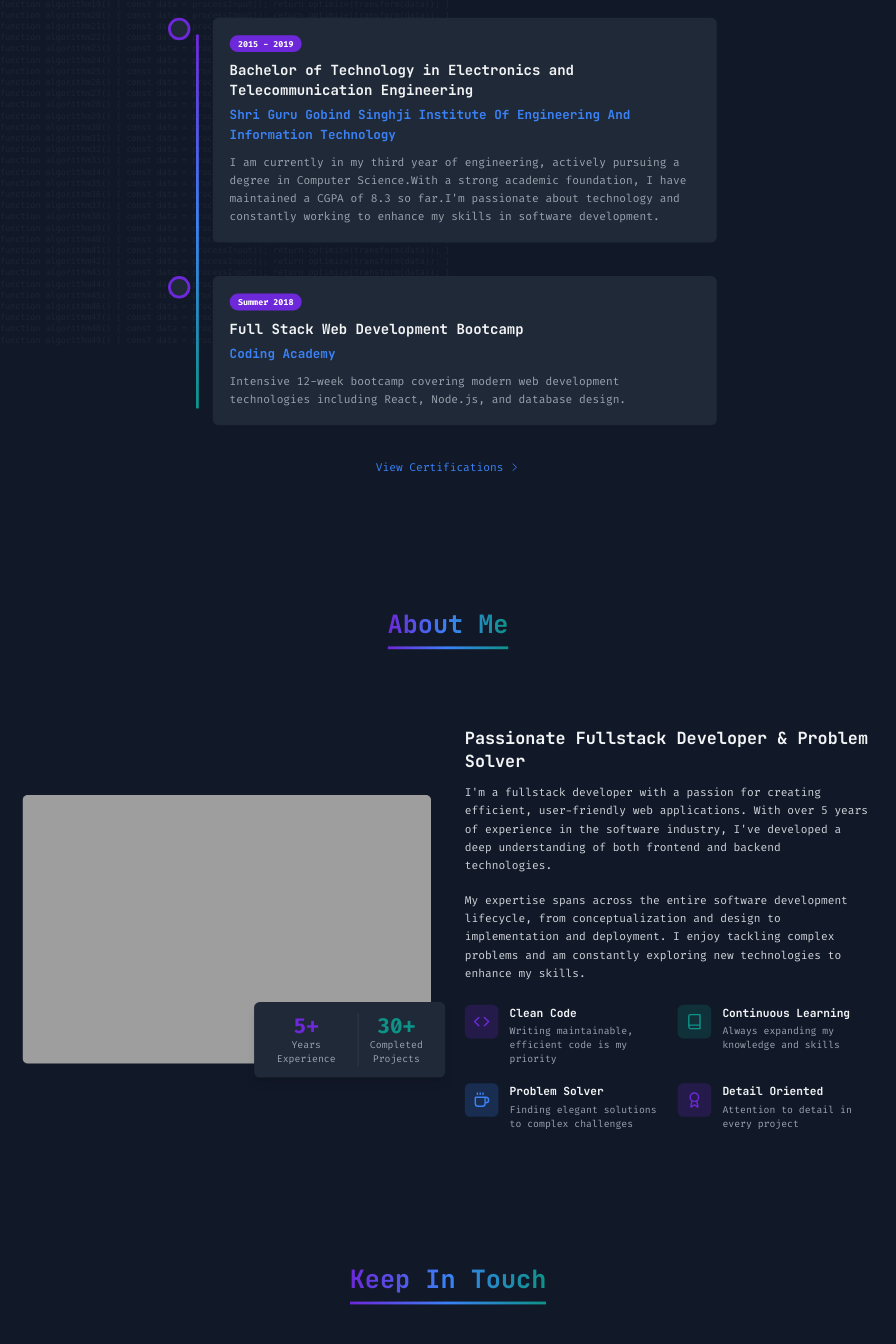
Repository: Saquib45/portfolio
Page: /
These files come from the project's save history. The page is drawn as it stood at one moment and after the next save; the edit follows.
The browser window is 1280 px wide. The pictures show the part of the page from y = 4368 to 6288 px (the page is 7533 px tall before and 7559 px after), at 70% of full size.
Pictures or frames that could not be fetched are drawn as grey boxes. The project was rebuilt for these pictures with package versions that can differ from the ones it lists, and the page was loaded fresh each time. Also part of the build but not shown: vite.config.ts.

Above is the page before, as saved 2025-04-24 14:19:48.

After the next save:
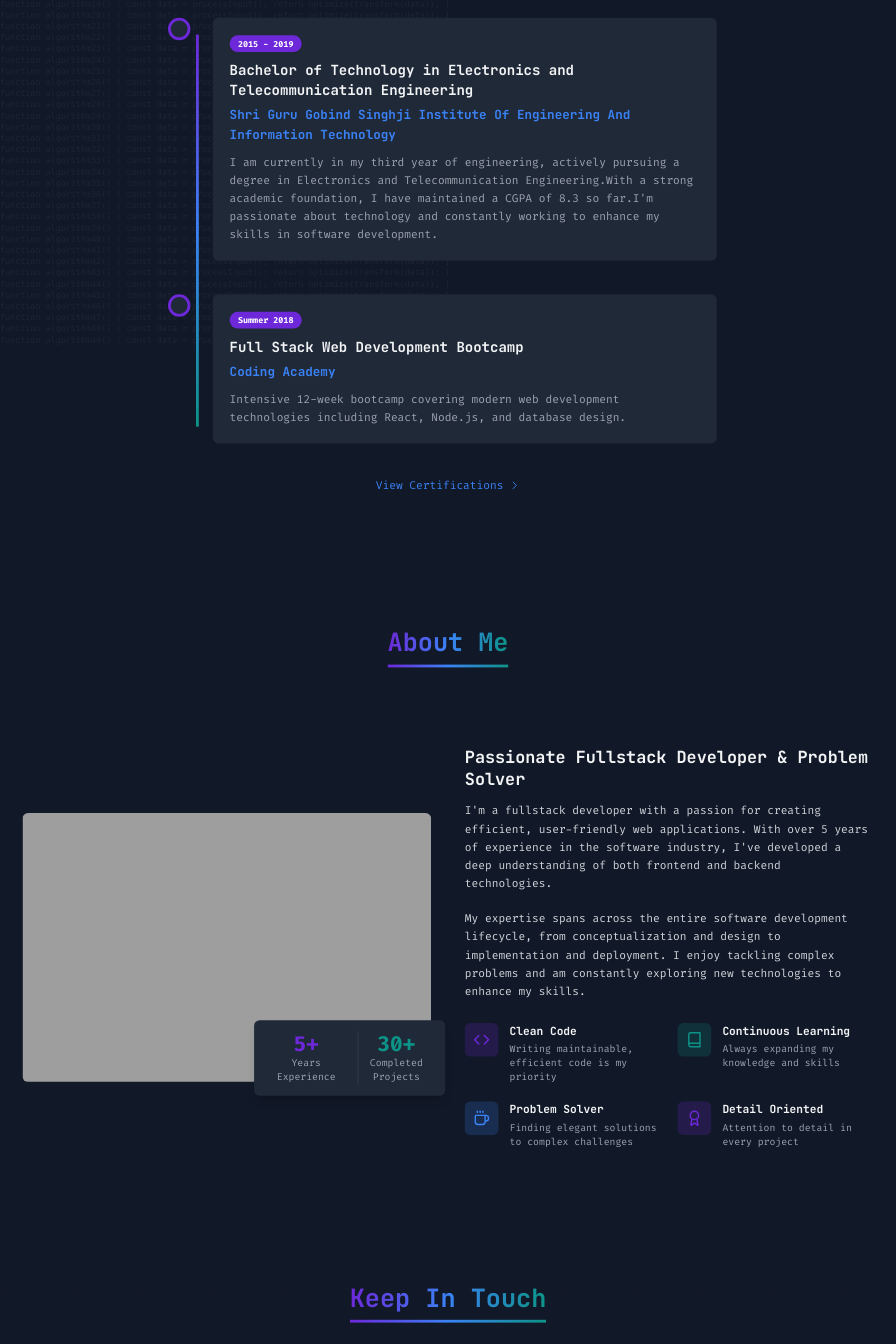
Saved 22 s later.
--- a/src/components/Education.tsx
+++ b/src/components/Education.tsx
@@ -45,7 +45,7 @@ const Education: React.FC = () => {
       degree: "Bachelor of Technology in Electronics and Telecommunication Engineering",
       institution: "Shri Guru Gobind Singhji Institute  Of Engineering And Information Technology",
       period: "2015 - 2019",
-      description: "I am currently in my third year of engineering, actively pursuing a degree in Computer Science.With a strong academic foundation, I have maintained a CGPA of 8.3 so far.I'm passionate about technology and constantly working to enhance my skills in software development."
+      description: "I am currently in my third year of engineering, actively pursuing a degree in Electronics and Telecommunication Engineering.With a strong academic foundation, I have maintained a CGPA of 8.3 so far.I'm passionate about technology and constantly working to enhance my skills in software development."
     },
     {
       degree: "Full Stack Web Development Bootcamp",
